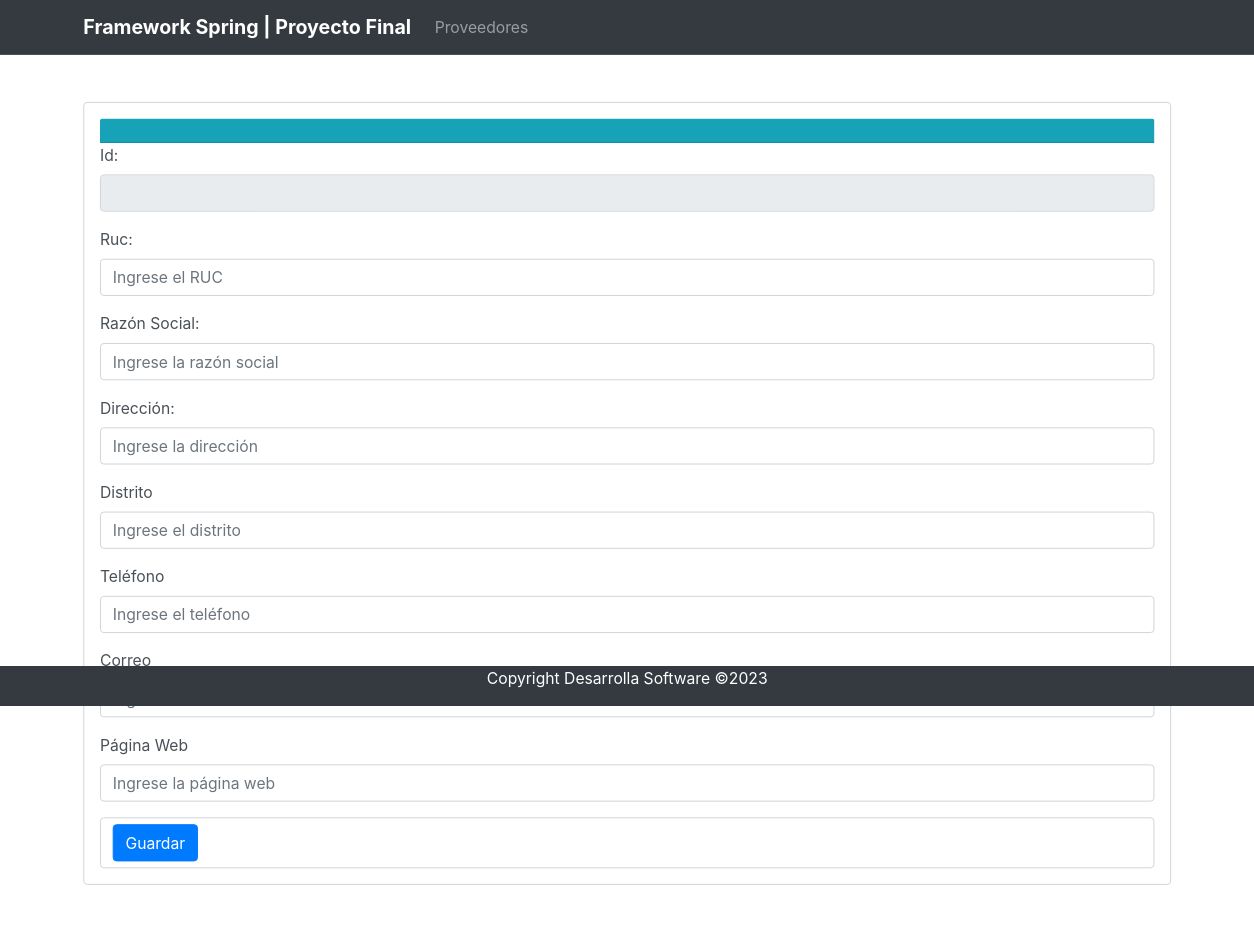
Repository: jeanyantas/proyecto-final-spring
Page: http://localhost/frmEditar
An editor plug-in stored every save of this project. The page is shown before and after the next save, followed by the edit.
The browser window is 1280 px wide. The pictures show the whole page, at 98% of full size.
The page is this project's Thymeleaf template; nobody is signed in. The template is opened directly, without the code that normally fills it, so the values that code supplies are empty.

Above is the page before, as saved 2023-01-15 21:37:39.

After the next save:
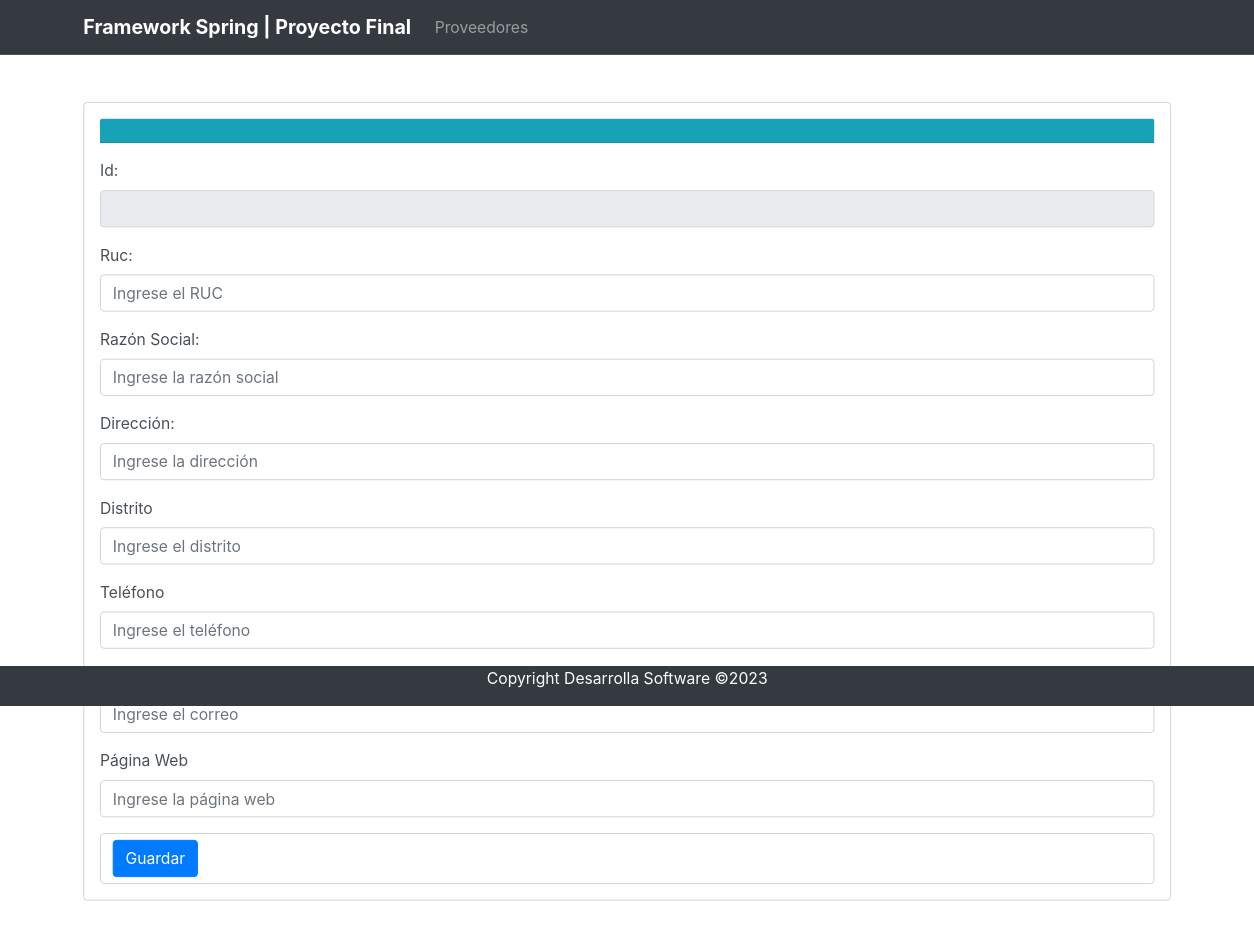
Saved 105 s later.
--- a/moduloProveedor/src/main/resources/templates/frmEditar.html
+++ b/moduloProveedor/src/main/resources/templates/frmEditar.html
@@ -6,7 +6,7 @@
 		<div class="container mt-2">
 			<form class="form-control p-3 my-5" th:action="@{/grabar}" th:object="${proveedor}" method="post">
 					<div class="card-header bg-info text-white" th:text="${titulo}"></div>
-					<div class="mb-3">
+					<div class="my-3">
 						<label for="id">Id:</label>
 						<input type="text" readonly th:field="*{id}" class="form-control" id="id">
 					</div>
